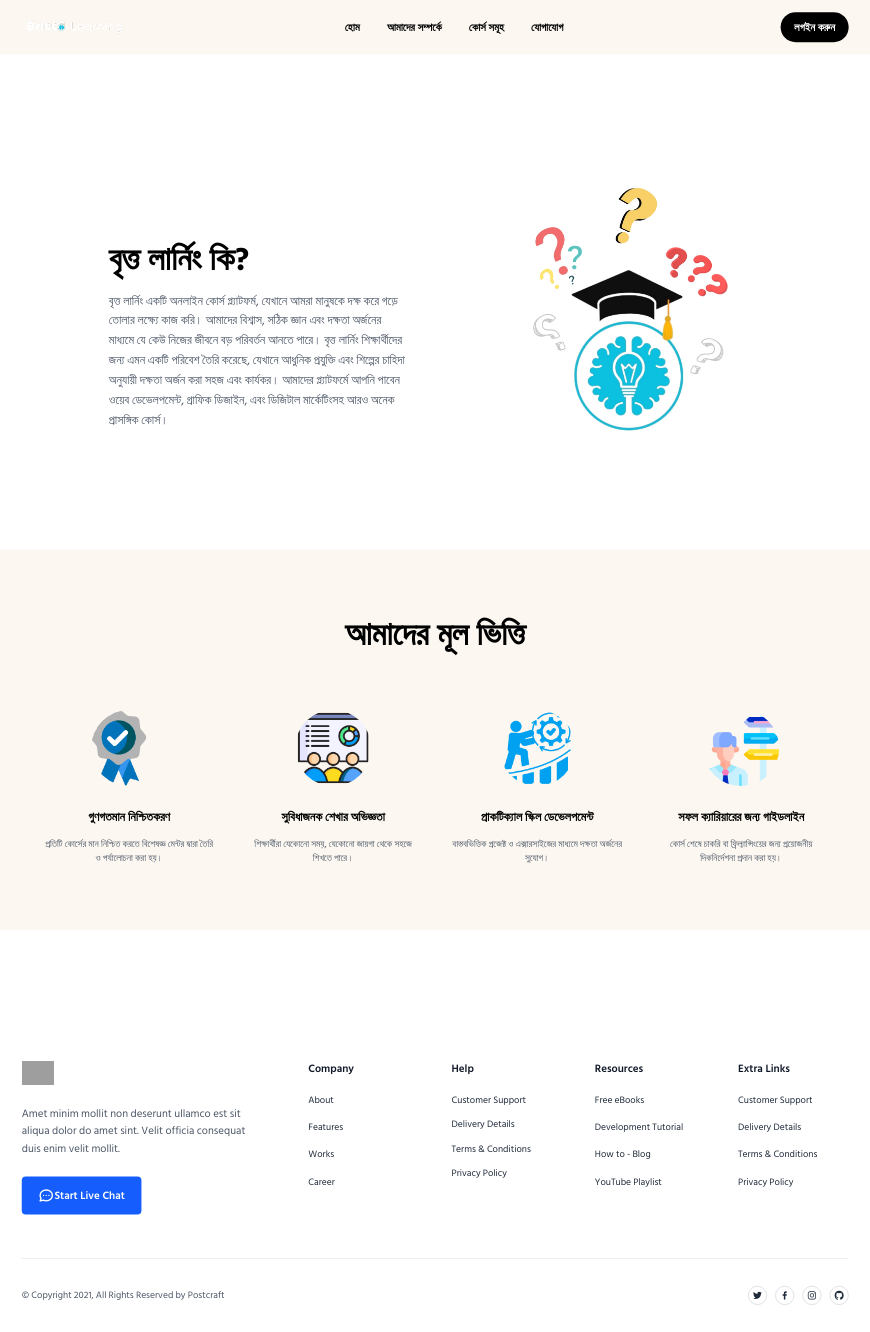
Repository: Ruddro420/course-selling
Page: /about-us
These files come from the project's save history. The page is drawn as it stood at one moment and after the next save; the edit follows.
The browser window is 1280 px wide. The pictures show the whole page, at 68% of full size.
Pictures or frames that could not be fetched are drawn as grey boxes. The project was rebuilt for these pictures with package versions that can differ from the ones it lists, and the page was loaded fresh each time. Also part of the build but not shown: vite.config.js, src/components/AboutSection.jsx, src/components/Loader/SectionLoader.jsx, src/components/ContactSection.jsx, src/components/Hero.jsx, src/components/Loader/Loader.jsx, src/components/EnToBn/Bn.jsx, src/context/DataContext.jsx and 19 more.

Above is the page before, as saved 2025-04-04 00:56:52.

After the next save:
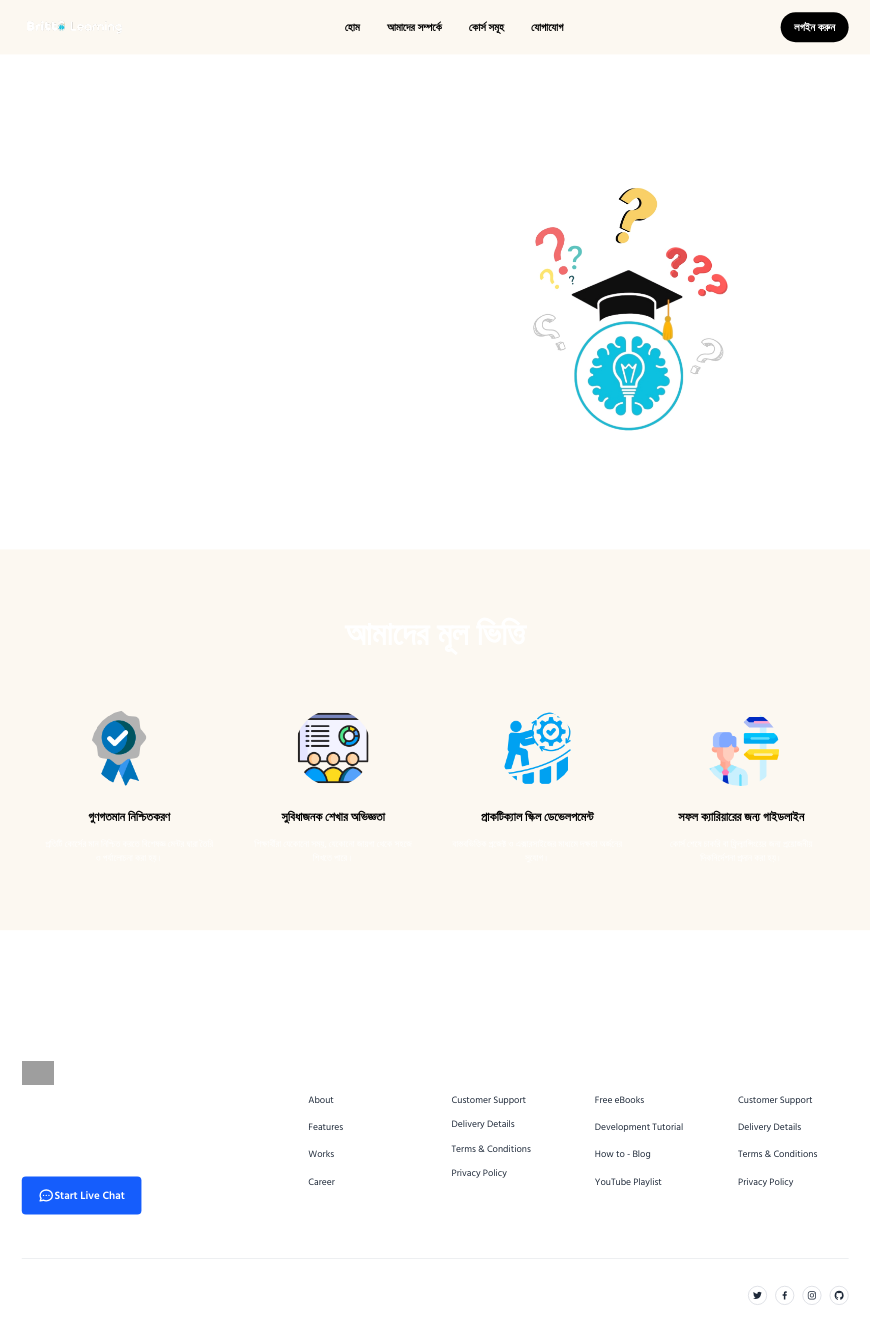
Saved 56 s later.
--- a/src/index.css
+++ b/src/index.css
@@ -244,5 +244,8 @@ body {
   background: radial-gradient(circle, rgba(15, 23, 42, 1) 0%, rgba(0, 0, 0, 1) 35%, rgba(15, 23, 42, 1) 100%);
   color: white !important;
 }
+h2,p,h1{
+  color:white;
+}
 
 /* CSS (Hero.css) */
